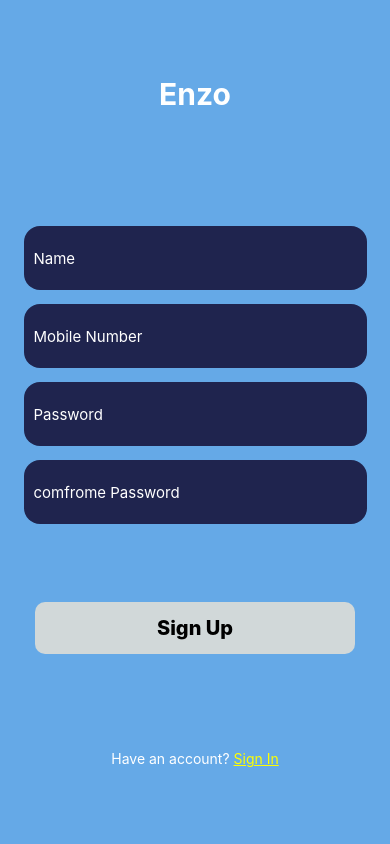
Repository: Milith97/Bus-App
Screen: /, after clicking the first element matching `div.r-transitionProperty-1i6wzkk`
These files come from the project's save history. The screen is drawn as it stood at one moment and after the next save; the edit follows.
The app was drawn by React Native's web renderer in a window 390 px wide. The project was rebuilt for these pictures with package versions that can differ from the ones it lists, and the page was loaded fresh each time. Also part of the build but not shown: pages/HomePage.js, pages/ForgotPassword.js, pages/VerificationCode.js, pages/NewPassword.js, pages/HomePage2.js, Common/component/DrawerNav.js, pages/BookMySheet.js, pages/BusShedule.js and 1 more.

Above is the screen before, as saved 2024-01-12 09:46:01.

After the next save:
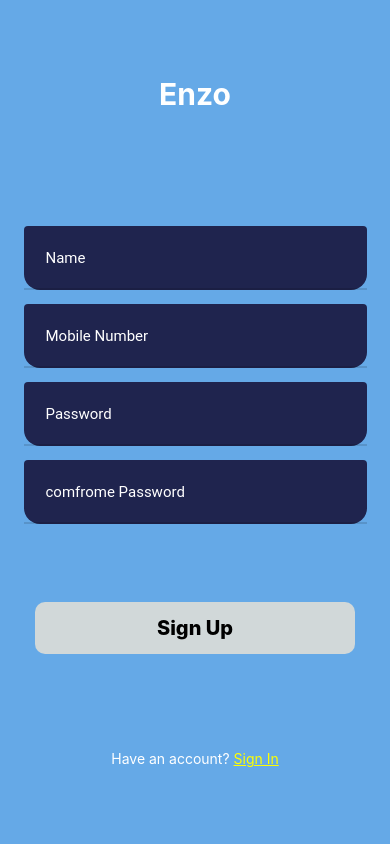
Saved 3 min 6 s later.
--- a/pages/SignUpPage.js
+++ b/pages/SignUpPage.js
@@ -1,5 +1,6 @@
-import { StyleSheet, Text, View, TextInput, TouchableOpacity, Pressable } from 'react-native'
+import { StyleSheet, Text, View, TouchableOpacity, Pressable } from 'react-native'
 import React, { useState } from 'react';
+import { TextInput } from 'react-native-paper';
 
 export default function SignUpPage({ navigation }) {
 
